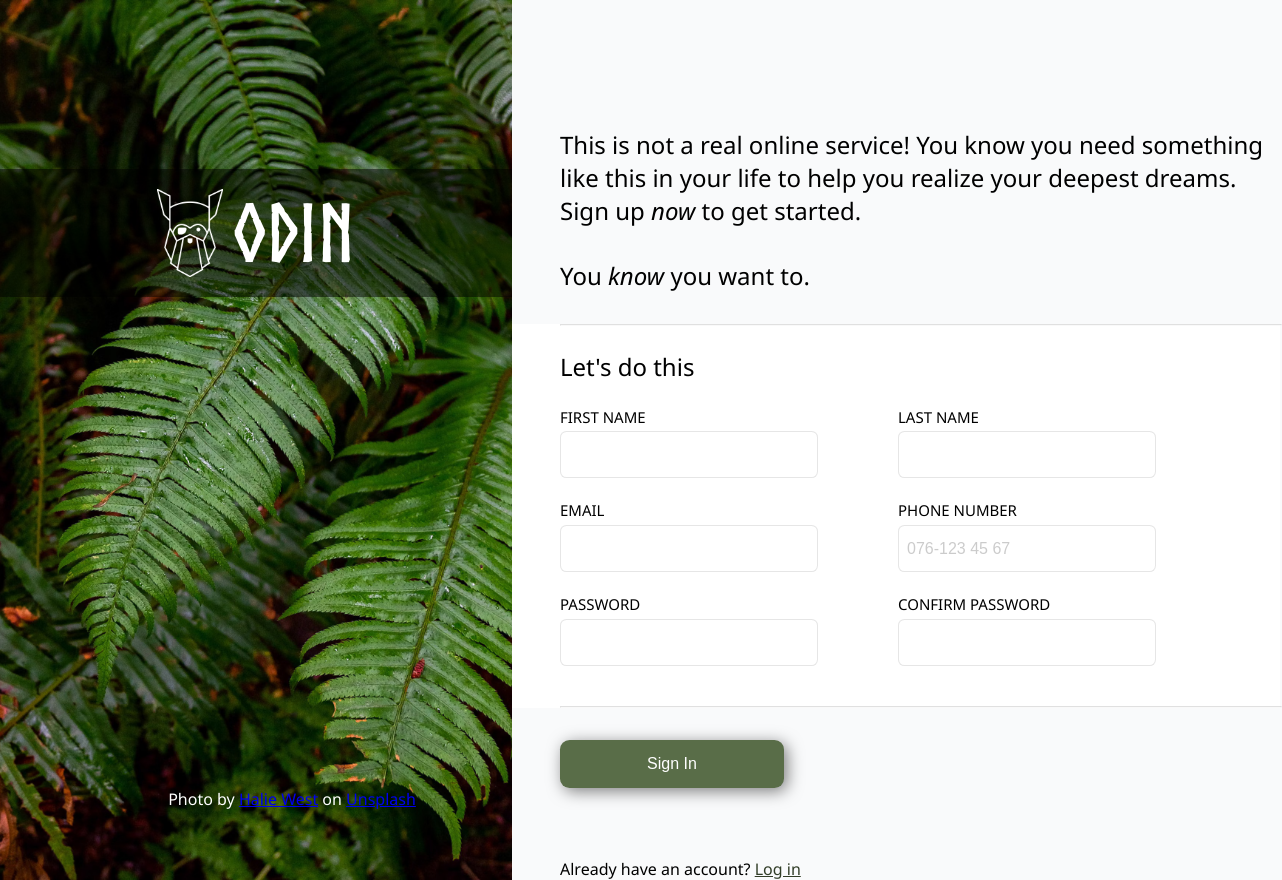
Repository: fed26sto-fundamentals/sign-up-form-odai-dh
Page: index.html
The author's editor kept a copy of each file at every save. The page is drawn from the files as they stood at one save, then again after a run of saves.
The browser window is 1280 px wide. The page is 1282 px wide, so the pictures cover 1282 px, including what lies to the right of the window. The pictures show the whole page.

Above is the page before, as saved 2024-10-01 21:19:48.

### index.html
<!DOCTYPE html>
<html lang="en">

<head>
    <meta charset="UTF-8">
    <meta name="viewport" content="width=device-width, initial-scale=1.0">
    <link href="styles.css" rel="stylesheet" />
    <title>Document</title>
</head>

<body>
    <div class="leftSide">
        <div class="odinLogo">
            <img src="/img/odin-lined.png" alt="odin logo">
            <p>ODIN</p>
        </div>
        <div class="leftSideFoot">
            <p>Photo by <a href="https://unsplash.com/@haliewestphoto" target="_blank">Halie West</a> on <a
                    href="https://unsplash.com/" target="_blank">Unsplash</a></p>

        </div>
    </div>
    <div class="rightSide">
        <div class="textR">
            <p>This is not a real online service! You know you need something like this in your life to help you realize
                your deepest dreams. Sign up <em>now</em> to get started.</p>
        </div>
        <div class="textRs">
            <p> You <em>know</em> you want to.</p>
        </div>
        <div class="form">
            <form action="#" class="form">
                <div class="formTitle">
        <hr id="line1">
                    <p>Let's do this</p>
                </div>
                <div class="formStart">
                    <div class="cill1">
                        <div class="firstN">
                            <label for="firstN">FIRST NAME</label>
                            <input type="text" id="firstN" class="required" name="firstName" required>
                            <span class="error-message" aria-live="polite">First Name is required</span>
                        </div>
                        <div class="emailIn">
                            <label for="emailIn">EMAIL</label>
                            <input type="email" id="emailIn" class="required" name="email" required>
                            <span class="error-message" aria-live="polite">Email is required</span>
                        </div>
                        <div class="passwordIn">
                            <label for="passwordIn">PASSWORD</label>
                            <input type="password" id="passwordIn" class="required" name="password" required minlength="8" maxlength="16">
                            <span class="error-message" aria-live="polite">Password must be between 8 and 16 characters.</span>
                        </div>
                    </div>
                    <div class="cill2">
                        <div class="lastN">
                            <label for="lastN">LAST NAME</label>
                            <input type="text" id="lastN" class="required" name="lastName" required>
                            <span class="error-message" aria-live="polite">Last Name is required</span>
                        </div>
                        <div class="nummber">
                            <label for="number">PHONE NUMBER</label>
                            <input type="tel" id="number" class="required" name="phoneNumber" pattern="076-[0-9]{3} [0-9]{2} [0-9]{2}" placeholder="076-123 45 67" required>
                            <span class="error-message" aria-live="polite">Please enter a valid phone number.</span>
                        </div>
                        <div class="passwordCon">
                            <label for="passwordCon">CONFIRM PASSWORD</label>
                            <input type="password" id="passwordCon" class="required" name="confirmPassword" required minlength="8" maxlength="16">
                            <span class="error-message" aria-live="polite">Password do Not match</span>
                        </div>
                    </div>
                </div>
                <hr id="line">
        </div>

        <div class="submtion">
            <button id="forSubmtion"> Sign In</button>
            <div id="forSubmtionError"></div>
            <p>
                Already have an account? <a href="">Log in</a>
            </p>
        </div>
        </form>
    </div>
</body>

</html>

### styles.css
@font-face {
    font-family: 'NorseBold';
    src: url('../fonts/Norse-Bold.otf') format('opentype');

}

body {
    font-family: 'Segoe UI', Tahoma, Geneva, Verdana, sans-serif;
    display: flex;
    align-content: center;
    min-height: 100vh;
    margin: 0;
    padding: 0px;
    height: 100%;
    background-color: #F9FAFB;
    ;

}



.leftSide {
    background: url(/img/green.jpg) no-repeat;
    border: 0;
    width: 40%;
    align-content: center;
    background-size: cover;
    background-position: center;

}

.odinLogo {
    display: flex;
    justify-content: center;
    align-items: center;
    height: 10%;
    padding: 20px;
    gap: 10px;
    background-color: rgba(0, 0, 0, 0.5);
    position: relative;
    top: -25vh;
}

.odinLogo img {
    height: 100%;
}

.odinLogo p {
    color: white;
    font-size: 80px;
    font-family: 'NorseBold', sans-serif;
}


.leftSideFoot {
    display: flex;
    justify-self: center;
    position: relative;
    bottom: -41vh;
    left: 5vh;
}

.leftSideFoot p {
    color: rgb(255, 255, 255);
}

.leftSideFoot a:visited {
    color: rgb(199, 201, 221);
}

.leftSideFoot a:hover {
    color: rgb(187, 131, 239);
    transition: 0.5s;
}




.rightSide {
    display: flex;
    flex-direction: column;
    gap: 2rem;
}


.rightSide>div {
    padding-left: 3rem;
}

.rightSide>div>p {
    margin-top: 0;
    margin-bottom: 0;
}

.textR,
.textRs,
.formTitle {
    font-size: 1.5rem;
}

.textR {
    margin-top: 8rem;
}

.form{
    background-color: rgb(255, 255, 255);
}
.formStart {
    display: flex;
    justify-content: left;
    gap: 5rem;
    flex-wrap: wrap;
}

.formStart div {
    display: flex;
    flex-direction: column;
    gap: 1.4rem;
}

.formStart>div {
    margin-bottom: 2rem;
}

.formStart div div label {
    font-size: 15px;
}

.formStart div div input {
    width: 100%;

}
.formStart div div input:focus {
    border-color: #007BFF;
    box-shadow: 0 0 5px rgba(0, 123, 255, 1);

}
#line1{
    width: 100%;
    opacity: 0.3;
    margin-top: -0.5px;

}
#line{
    width: 100%;
    opacity: 0.3;
    margin-bottom: -0.5px;
}



.error-message {
    display: none;
    color: #d30c34;
    font-size: 12px;
    margin-top: -5px;
}

input:not(:focus):invalid+.error-message {
    display: none;
}

input:invalid+.error-message {
    display: block;
    margin-top: 4px;
}
input:not(:focus):invalid {
    border: 1px solid rgba(128, 128, 128, 0.2); /* Neutraler grauer Rand */
}

input::placeholder {
    color: grey;
    font-size: 16px;
    opacity: 0.4;
}


.formStart div div input {
    height: 1.8rem;
    width: 15rem;
    border: 1px solid #ccc;
    border-radius: 0.4rem;
    outline: none;
    padding: 0.5rem;
    font-size: 18px;
}

.formStart div div {
    display: flex;
    flex-direction: column;
    gap: 0.3rem;
}

.submtion {
    display: flex;
    flex-direction: column;
    gap: 2.2rem
}

.submtion a {
    color: #596D48;
}

.submtion a:visited {
    color: #313d27;
}

#forSubmtion {
    cursor: pointer;
    height: 3rem;
    width: 14rem;
    background-color: #596D48;
    color: white;
    font-size: 16px;
    border: 0px;
    border-radius: 0.6rem;
    box-shadow: 0.2rem 0.2rem 1rem rgba(0, 0, 0, 0.5);
}

After the next 12 saves:
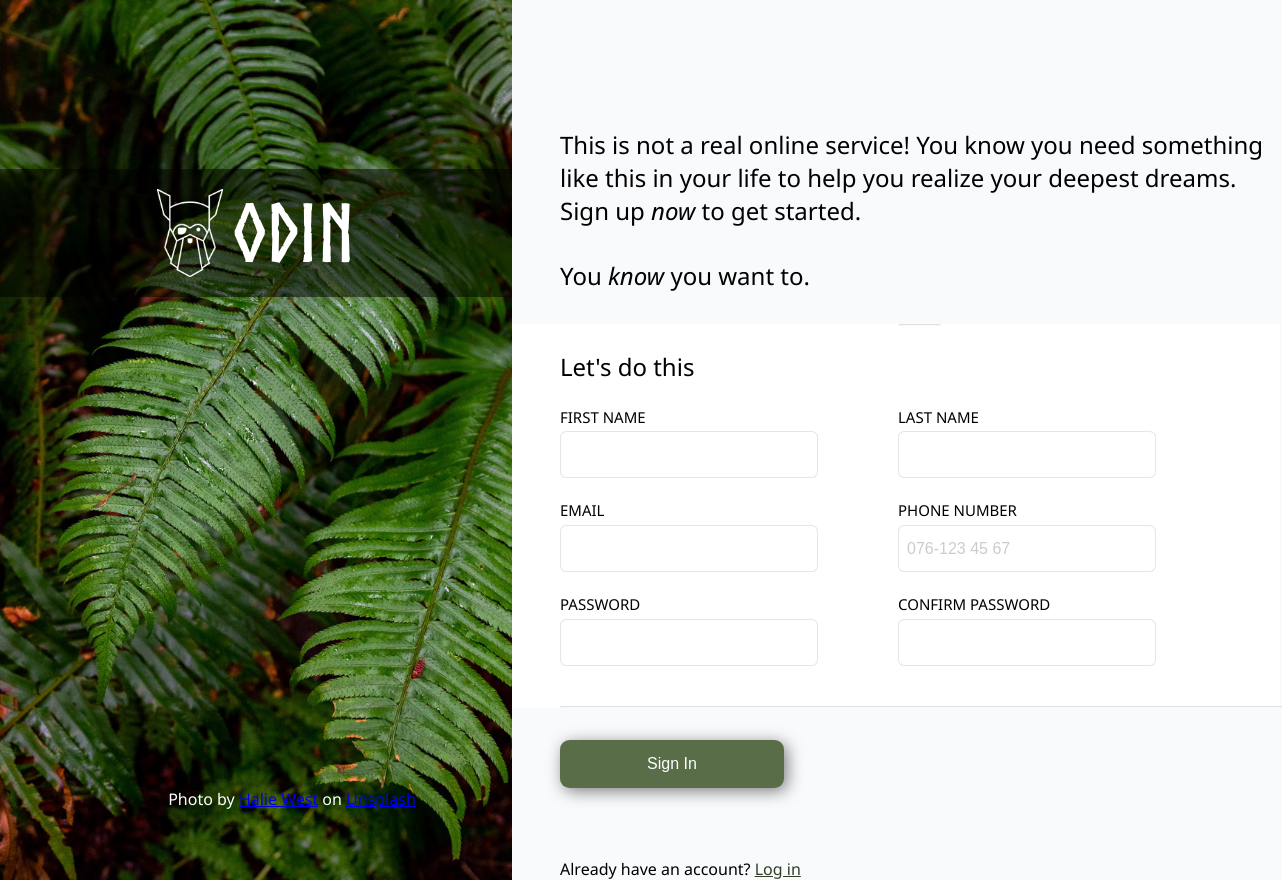
The 12 saves are shown as one change because they came seconds apart.
The last was saved 103 s later.
--- a/styles.css
+++ b/styles.css
@@ -136,7 +136,7 @@ body {
 
 }
 #line1{
-    width: 100%;
+    width: 40px;
     opacity: 0.3;
     margin-top: -0.5px;
 
